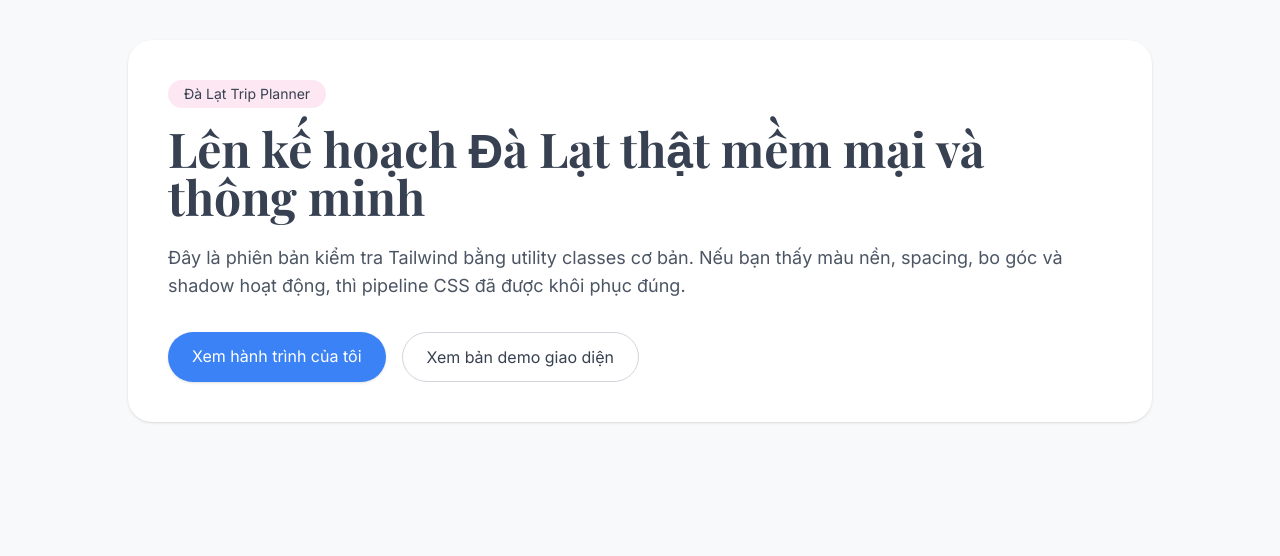
Repository: ferbdev-byte/tripdalat
Page: /
An editor plug-in stored every save of this project. The page is shown before and after the next save, followed by the edit.
The browser window is 1280 px wide. The pictures show the whole page.
Some web fonts or font styles are not loaded; a fallback is used. The project was rebuilt for these pictures with package versions that can differ from the ones it lists, and the page was loaded fresh each time. The framework's server and built-in components were replaced by stand-ins that run in the browser.

Above is the page before, as saved 2026-03-14 02:10:46.

### src/app/layout.tsx
import './globals.css';
import type { Metadata } from 'next';
import { Inter, Playfair_Display } from 'next/font/google';

const headingFont = Playfair_Display({
  subsets: ['latin'],
  variable: '--font-heading',
  display: 'swap',
});

const bodyFont = Inter({
  subsets: ['latin'],
  variable: '--font-body',
  display: 'swap',
});

export const metadata: Metadata = {
  title: 'Đà Lạt Trip Planner',
  description: 'Ứng dụng lập kế hoạch du lịch Đà Lạt với phong cách mềm mại và mộng mơ.',
};

export default function RootLayout({
  children,
}: {
  children: React.ReactNode;
}) {
  return (
    <html lang="en">
      <body className={`${headingFont.variable} ${bodyFont.variable}`}>
        {children}
      </body>
    </html>
  );
}

### src/app/page.tsx
'use client';

import Link from 'next/link';

export default function HomePage() {
  return (
    <main className="min-h-screen bg-[#F8F9FA] p-10">
      <section className="mx-auto max-w-5xl rounded-3xl bg-white p-10 shadow">
        <p className="mb-4 inline-block rounded-full bg-pink-100 px-4 py-1 text-sm text-gray-700">Đà Lạt Trip Planner</p>

        <h1 className="text-3xl font-bold text-gray-700 md:text-5xl">Lên kế hoạch Đà Lạt thật mềm mại và thông minh</h1>

        <p className="mt-6 text-base leading-8 text-gray-600 md:text-lg">
          Đây là phiên bản kiểm tra Tailwind bằng utility classes cơ bản. Nếu bạn thấy màu nền, spacing, bo góc và shadow hoạt động,
          thì pipeline CSS đã được khôi phục đúng.
        </p>

        <div className="mt-8 flex flex-wrap gap-4">
          <Link href="/trips/dalat-2024" className="rounded-full bg-blue-500 px-6 py-3 text-white shadow">
            Xem hành trình của tôi
          </Link>
          <Link href="/demo" className="rounded-full border border-gray-300 px-6 py-3 text-gray-700">
            Xem bản demo giao diện
          </Link>
        </div>
      </section>
    </main>
  );
}

### src/app/globals.css
@tailwind base;
@tailwind components;
@tailwind utilities;

:root {
  color-scheme: light;
}

html,
body {
  min-height: 100%;
}

body {
  background-color: #fdfcfb;
  color: #4f4f4f;
  font-family: var(--font-body), 'Inter', 'Montserrat', system-ui, sans-serif;
  -webkit-font-smoothing: antialiased;
  -moz-osx-font-smoothing: grayscale;
}

h1,
h2,
h3,
h4,
h5,
h6 {
  font-family: var(--font-heading), 'Cormorant Garamond', 'Playfair Display', Georgia, serif;
  color: #4f4f4f;
}

::selection {
  background: rgba(168, 218, 220, 0.35);
}

.glass-card {
  @apply rounded-[2rem] border border-white/20 bg-white/40 backdrop-blur-md;
}

### tailwind.config.ts
import type { Config } from 'tailwindcss';

const config: Config = {
  content: [
    './src/app/**/*.{js,ts,jsx,tsx,mdx}',
    './src/components/**/*.{js,ts,jsx,tsx,mdx}',
    './src/**/*.{js,ts,jsx,tsx,mdx}',
    './src/hooks/**/*.{js,ts,jsx,tsx,mdx}',
    './src/lib/**/*.{js,ts,jsx,tsx,mdx}',
    './src/data/**/*.{js,ts,jsx,tsx,mdx}',
  ],
  theme: {
    extend: {
      colors: {
        background: '#FDFCFB',
        primary: '#6B8E23',
        secondary: '#D8BFD8',
        accent: '#FFB6C1',
        text: '#4F4F4F',
        'pine-green': '#869484',
        'mist-gray': '#E5E7E9',
        'hydrangea-blue': '#A8DADC',
      },
      borderRadius: {
        soft: '1rem',
        dreamy: '2rem',
        xl: '1rem',
        '2xl': '2rem',
      },
      boxShadow: {
        soft: '0 12px 40px rgba(107, 142, 35, 0.12)',
      },
    },
  },
  plugins: [],
};

export default config;

### src/data/mockData.ts
export type Place = {
  id: string;
  name: string;
  category: 'cafe' | 'food' | 'sightseeing' | 'hotel' | 'shopping' | 'other';
  latitude: number;
  longitude: number;
  is_indoor: boolean;
};

export type ItineraryItem = {
  id: string;
  title: string;
  description: string;
  start_time: string;
  end_time: string;
  place_id: string;
};

export type ExpenseItem = {
  id: string;
  category: 'food' | 'transport' | 'ticket' | 'hotel' | 'shopping' | 'other';
  amount: number;
  note: string;
  spent_at: string;
};

export type WeatherPoint = {
  hour: string;
  rainProbability: number;
  humidity: number;
  cloudCover: number;
  windSpeed: number;
};

export const mockData = {
  trip: {
    id: 'dalat-2024',
    name: 'Đà Lạt Dream Escape 2024',
    subtitle: 'Một lịch trình thơ giữa rừng thông, mây sớm và những quán nhỏ đầy ấm áp.',
    budgetTotal: 9000000,
  },
  places: [
    {
      id: 'p-1',
      name: 'Tú Mơ To',
      category: 'cafe',
      latitude: 11.9666,
      longitude: 108.4552,
      is_indoor: true,
    },
    {
      id: 'p-2',
      name: 'Lululola',
      category: 'cafe',
      latitude: 11.9309,
      longitude: 108.4275,
      is_indoor: true,
    },
    {
      id: 'p-3',
      name: 'Cây thông cô đơn',
      category: 'sightseeing',
      latitude: 12.0724,
      longitude: 108.4431,
      is_indoor: false,
    },
    {
      id: 'p-4',
      name: 'Săn mây Cầu Đất',
      category: 'sightseeing',
      latitude: 11.8664,
      longitude: 108.5684,
      is_indoor: false,
    },
    {
      id: 'p-5',
      name: 'Hồ Tuyền Lâm',
      category: 'sightseeing',
      latitude: 11.9057,
      longitude: 108.4449,
      is_indoor: false,
    },
    {
      id: 'p-6',
      name: 'Chợ Đà Lạt',
      category: 'shopping',
      latitude: 11.9407,
      longitude: 108.4384,
      is_indoor: true,
    },
  ] as Place[],
  itinerary: [
    {
      id: 'i-1',
      title: 'Bình minh săn mây',
      description: 'Đón ánh hửng sáng trên đồi cao và ghi lại khoảnh khắc mây vờn.',
      start_time: '05:00',
      end_time: '06:30',
      place_id: 'p-4',
    },
    {
      id: 'i-2',
      title: 'Cà phê sáng nhẹ nhàng',
      description: 'Thư thả đọc sách và nghe nhạc acoustic trong không gian ấm áp.',
      start_time: '09:00',
      end_time: '10:30',
      place_id: 'p-1',
    },
    {
      id: 'i-3',
      title: 'Dạo ven hồ',
      description: 'Tản bộ để cảm nhận mùi thông và gió lạnh dịu.',
      start_time: '15:00',
      end_time: '16:30',
      place_id: 'p-5',
    },
    {
      id: 'i-4',
      title: 'Đêm chợ Đà Lạt',
      description: 'Khám phá quà lưu niệm và món nóng giữa tiết trời se lạnh.',
      start_time: '19:00',
      end_time: '20:30',
      place_id: 'p-6',
    },
  ] as ItineraryItem[],
  expenses: [
    { id: 'e-1', category: 'transport', amount: 520000, note: 'Di chuyển sân bay và nội thành', spent_at: '2024-06-18T09:00:00+07:00' },
    { id: 'e-2', category: 'food', amount: 340000, note: 'Bữa sáng và cà phê', spent_at: '2024-06-18T10:45:00+07:00' },
    { id: 'e-3', category: 'ticket', amount: 210000, note: 'Vé tham quan đồi săn mây', spent_at: '2024-06-19T06:10:00+07:00' },
    { id: 'e-4', category: 'hotel', amount: 2500000, note: 'Homestay 2 đêm', spent_at: '2024-06-18T14:00:00+07:00' },
    { id: 'e-5', category: 'shopping', amount: 790000, note: 'Đồ len và quà lưu niệm', spent_at: '2024-06-19T20:20:00+07:00' },
  ] as ExpenseItem[],
  weather: [
    { hour: '04', rainProbability: 44, humidity: 95, cloudCover: 86, windSpeed: 7 },
    { hour: '05', rainProbability: 49, humidity: 94, cloudCover: 91, windSpeed: 6 },
    { hour: '06', rainProbability: 53, humidity: 92, cloudCover: 89, windSpeed: 8 },
    { hour: '09', rainProbability: 34, humidity: 82, cloudCover: 66, windSpeed: 11 },
    { hour: '12', rainProbability: 57, humidity: 77, cloudCover: 68, windSpeed: 13 },
    { hour: '15', rainProbability: 76, humidity: 85, cloudCover: 88, windSpeed: 10 },
    { hour: '18', rainProbability: 71, humidity: 88, cloudCover: 92, windSpeed: 9 },
    { hour: '20', rainProbability: 64, humidity: 90, cloudCover: 95, windSpeed: 8 },
  ] as WeatherPoint[],
};

export const getTripById = (tripId: string) => {
  if (tripId === mockData.trip.id) return mockData;
  return mockData;
};

After the next save:
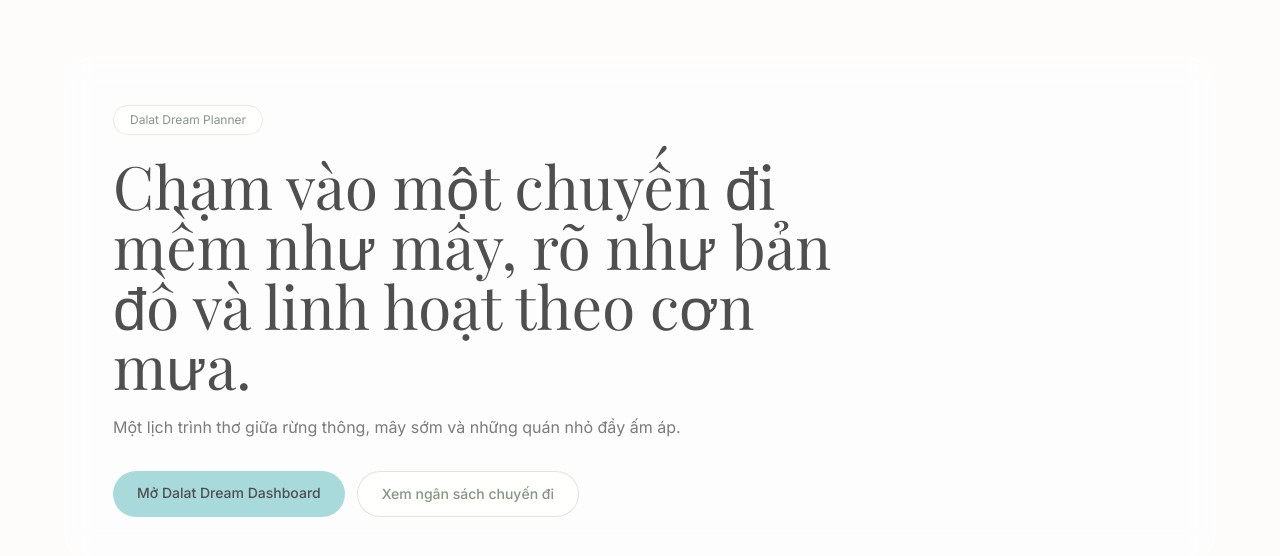
Saved 94 s later.
--- a/src/app/page.tsx
+++ b/src/app/page.tsx
@@ -1,26 +1,30 @@
 'use client';
 
 import Link from 'next/link';
+import { mockData } from '../data/mockData';
 
 export default function HomePage() {
   return (
-    <main className="min-h-screen bg-[#F8F9FA] p-10">
-      <section className="mx-auto max-w-5xl rounded-3xl bg-white p-10 shadow">
-        <p className="mb-4 inline-block rounded-full bg-pink-100 px-4 py-1 text-sm text-gray-700">Đà Lạt Trip Planner</p>
-
-        <h1 className="text-3xl font-bold text-gray-700 md:text-5xl">Lên kế hoạch Đà Lạt thật mềm mại và thông minh</h1>
-
-        <p className="mt-6 text-base leading-8 text-gray-600 md:text-lg">
-          Đây là phiên bản kiểm tra Tailwind bằng utility classes cơ bản. Nếu bạn thấy màu nền, spacing, bo góc và shadow hoạt động,
-          thì pipeline CSS đã được khôi phục đúng.
+    <main className="min-h-screen bg-background px-6 py-10 md:px-10 md:py-14">
+      <section className="mx-auto max-w-6xl rounded-[2rem] border border-white/20 bg-white/45 p-8 backdrop-blur-md md:p-12">
+        <p className="inline-flex items-center rounded-full border border-pine-green/20 bg-white/60 px-4 py-1.5 text-xs text-pine-green">
+          Dalat Dream Planner
         </p>
 
-        <div className="mt-8 flex flex-wrap gap-4">
-          <Link href="/trips/dalat-2024" className="rounded-full bg-blue-500 px-6 py-3 text-white shadow">
-            Xem hành trình của tôi
+        <h1 className="mt-5 max-w-3xl text-4xl leading-tight text-text md:text-6xl">
+          Chạm vào một chuyến đi mềm như mây, rõ như bản đồ và linh hoạt theo cơn mưa.
+        </h1>
+
+        <p className="mt-5 max-w-2xl text-sm leading-7 text-text/75 md:text-base">
+          {mockData.trip.subtitle}
+        </p>
+
+        <div className="mt-8 flex flex-wrap gap-3">
+          <Link href={`/trips/${mockData.trip.id}`} className="rounded-full bg-hydrangea-blue px-6 py-3 text-sm font-medium text-text transition hover:opacity-90">
+            Mở Dalat Dream Dashboard
           </Link>
-          <Link href="/demo" className="rounded-full border border-gray-300 px-6 py-3 text-gray-700">
-            Xem bản demo giao diện
+          <Link href={`/trips/${mockData.trip.id}/budget`} className="rounded-full border border-pine-green/25 bg-white/55 px-6 py-3 text-sm font-medium text-pine-green transition hover:bg-white/75">
+            Xem ngân sách chuyến đi
           </Link>
         </div>
       </section>
